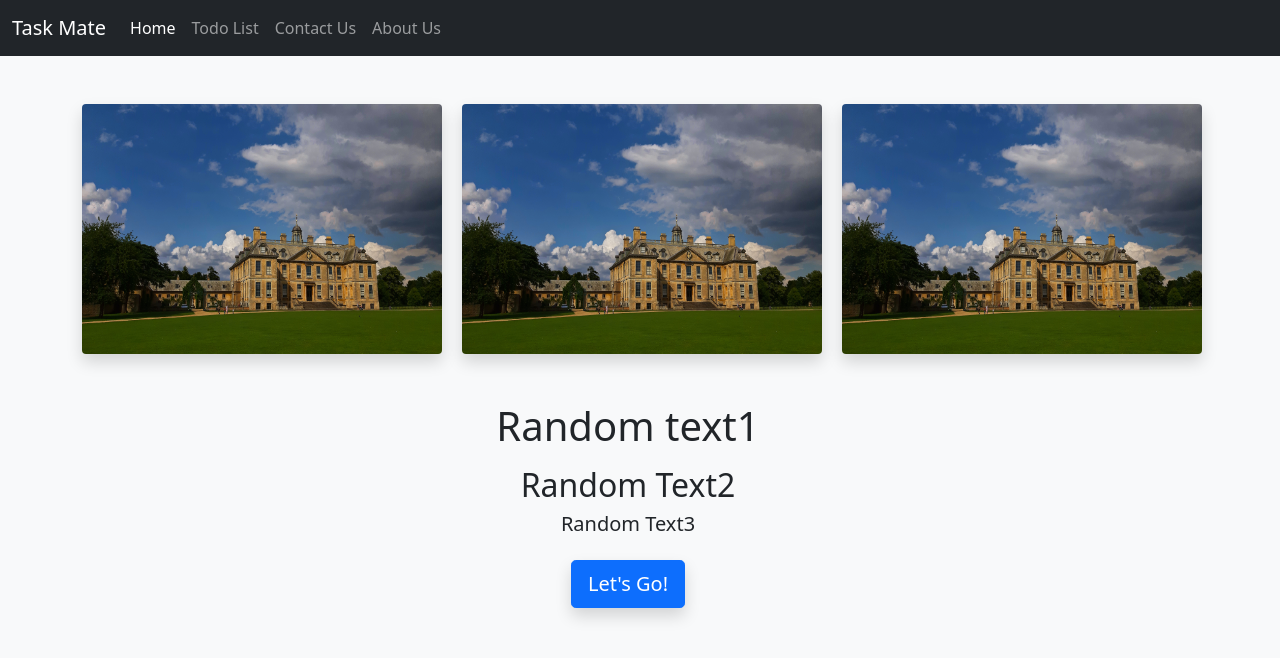
Repository: itathagata/Registration_System
Page: http://localhost/
The author's editor kept a copy of each file at every save. The page is drawn from the files as they stood at one save, then again after the next save.
The browser window is 1280 px wide. The pictures show the whole page.
The page is served by the project's application, run on Django 2.2 (manage.py). Other server files are loaded and not shown.

Above is the page before, as saved 2021-06-05 12:25:26.

### todolist_app/views.py
from django.http.response import HttpResponse
from django.shortcuts import redirect, render
from django.http import HttpResponse
from todolist_app.models import TaskList
from todolist_app.forms import TaskForm
from django.contrib import messages
from django.core.paginator import Paginator
# Create your views here.
context = {'welcome':"Welcome to Todo List Page.",
    'contact_text':"Welcome to Todo List Contact Page.",
    'about_text':"Welcome to Todo List About Page.",
    'index_text':"Welcome to Todo List Index Page.",}
def todolist(request):
    if request.method == "POST":
        form = TaskForm(request.POST or None)
        if form.is_valid():
            form.save()
        messages.success(request,("New Student Added!"))
        return redirect('todolist')
    else:
        all_tasks = TaskList.objects.all()
        paginator = Paginator(all_tasks, 5)
        page = request.GET.get('pg')
        all_tasks = paginator.get_page(page)
        return render(request, 'todolist.html',{'all_tasks':all_tasks})



def complete_task(request,task_id):
    task = TaskList.objects.get(pk=task_id)
    task.Attendance = True
    task.save()
    return redirect('todolist')


def pending_task(request,task_id):
    task = TaskList.objects.get(pk=task_id)
    task.Attendance = False
    task.save()
    return redirect('todolist')

def delete_task(request,task_id):
    task = TaskList.objects.get(pk=task_id)
    task.delete()
    return redirect('todolist')




def edit_task(request,task_id):
    if request.method == "POST":
        task = TaskList.objects.get(pk=task_id)
        form = TaskForm(request.POST or None,instance=task)
        if form.is_valid():
            form.save()
        messages.success(request,("Edited!"))
        return redirect('todolist')
    else:
        task_obj = TaskList.objects.get(pk=task_id)
        return render(request, 'edit.html',{'task_obj':task_obj})


def contact(request):
    return render(request, 'contact.html',context)
def about(request):
    return render(request, 'about.html',context)

def index(request):
    return render(request, 'index.html',context)

### todolist_app/templates/index.html
{% extends 'base.html' %}
{% load static %}
{% block title %}
<title>Welcome</title>
{% endblock title %}

{% block content %}
    <div class="container">
        <div class="row mt-5">
            <div class="col-lg-4">
                <img src="{% static 'images/background.jpg'%}" class="rounded-lg shadow rounded" alt="Background" width="360"height="250">
            </div>
            <div class="col-lg-4">
                <img src="{% static 'images/background.jpg'%}" class="rounded-lg shadow rounded" alt="Background" width="360"height="250">
            </div>
            <div class="col-lg-4">
                <img src="{% static 'images/background.jpg'%}" class="rounded-lg shadow rounded" alt="Background" width="360"height="250">
            </div>
            <div class="row mt-5">
                <div class="col-md-10 offset-md-1">
                    <center><p class="h1">Random text1</p></center>
                    <center><p class="h2 mt-3">Random Text2</p></center>
                    <center><p class="h5 mt-1">Random Text3</p></center>
                    <center><a href="{% url 'todolist'%}"><button type="button" class="btn btn-primary btn-lg mt-3 shadow">Let's Go!</button></a></center>
                </div>
            </div>

        </div>
{% endblock content %}

### templates/base.html
<!doctype html>
<html lang="en">
  <head>
    <!-- Required meta tags -->
    <meta charset="utf-8">
    <meta name="viewport" content="width=device-width, initial-scale=1">

    <!-- Bootstrap CSS -->
    <link href="https://cdn.jsdelivr.net/npm/bootstrap@5.0.1/dist/css/bootstrap.min.css" rel="stylesheet" integrity="sha384-+0n0xVW2eSR5OomGNYDnhzAbDsOXxcvSN1TPprVMTNDbiYZCxYbOOl7+AMvyTG2x" crossorigin="anonymous">

    {% block title %}{% endblock title %}
    <nav class="navbar navbar-expand-lg navbar-dark bg-dark">
  <div class="container-fluid">
    <a class="navbar-brand" href="{% url 'index'%}">Task Mate</a>
    <button class="navbar-toggler" type="button" data-bs-toggle="collapse" data-bs-target="#navbarNavAltMarkup" aria-controls="navbarNavAltMarkup" aria-expanded="false" aria-label="Toggle navigation">
      <span class="navbar-toggler-icon"></span>
    </button>
    <div class="collapse navbar-collapse" id="navbarNavAltMarkup">
      <div class="navbar-nav">
        <a class="nav-link active" aria-current="page" href="{% url 'index'%}">Home</a>
        <a class="nav-link" href="{% url 'todolist'%}">Todo List</a>
        <a class="nav-link" href="{% url 'contact'%}">Contact Us</a>
        <a class="nav-link" href="{% url 'about'%}">About Us</a>
      </div>
    </div>
  </div>
</nav>
  </head>
  <body class="bg-light">
  {% block content %}{% endblock content %}
    <script src="https://cdn.jsdelivr.net/npm/bootstrap@5.0.1/dist/js/bootstrap.bundle.min.js" integrity="sha384-gtEjrD/SeCtmISkJkNUaaKMoLD0//ElJ19smozuHV6z3Iehds+3Ulb9Bn9Plx0x4" crossorigin="anonymous"></script>
  </body>
</html>

### taskmate/urls.py

from django.contrib import admin
from django.urls import path, include
from todolist_app import views as todolist_views
urlpatterns = [
    path('admin/', admin.site.urls),
    path('', todolist_views.index, name='index'),
    path('todolist', include('todolist_app.urls')),
    path('contact', todolist_views.contact, name='contact'),
    path('about-us', todolist_views.about, name='about'),
]

### todolist_app/urls.py
from todolist_app import views
from django.urls import path
urlpatterns = [
    path('/', views.todolist, name='todolist'),
    path('/delete/<task_id>', views.delete_task, name='delete_task'),
    path('/edit/<task_id>', views.edit_task, name='edit_task'),
    path('/complete/<task_id>', views.complete_task, name='complete_task'),
    path('/pending/<task_id>', views.pending_task, name='pending_task'),


]

After the next save:
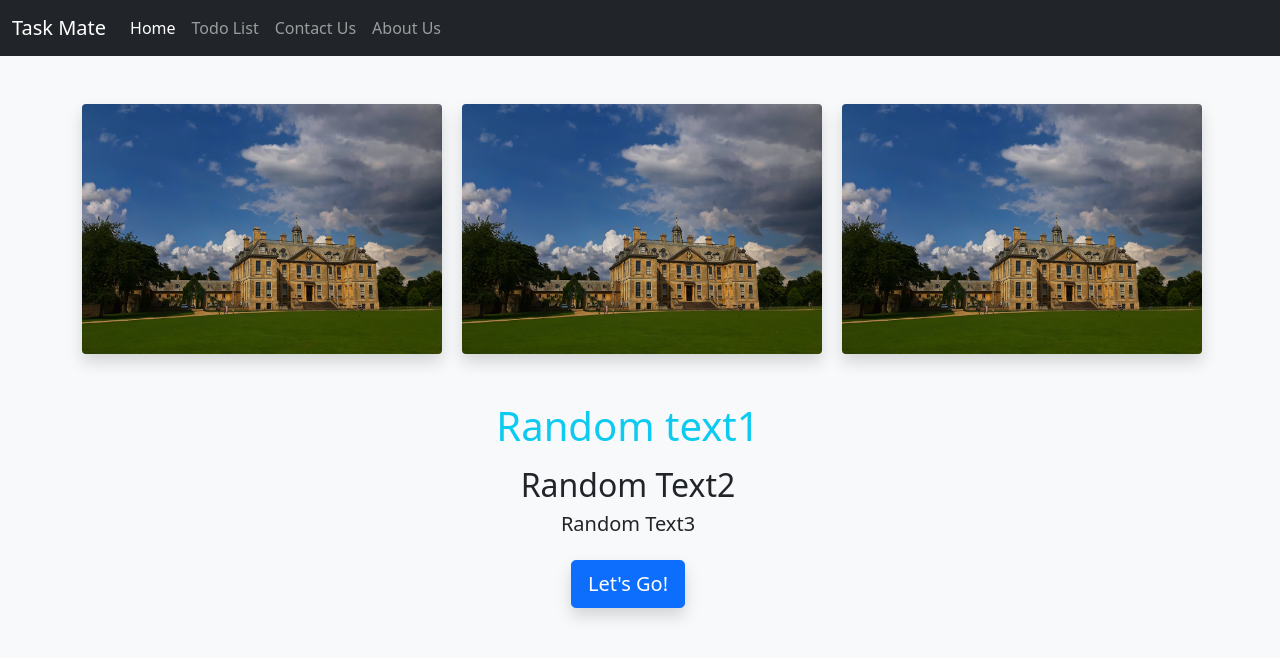
Saved 73 s later.
--- a/todolist_app/templates/index.html
+++ b/todolist_app/templates/index.html
@@ -18,7 +18,7 @@
             </div>
             <div class="row mt-5">
                 <div class="col-md-10 offset-md-1">
-                    <center><p class="h1">Random text1</p></center>
+                    <center><p class="h1 text-info">Random text1</p></center>
                     <center><p class="h2 mt-3">Random Text2</p></center>
                     <center><p class="h5 mt-1">Random Text3</p></center>
                     <center><a href="{% url 'todolist'%}"><button type="button" class="btn btn-primary btn-lg mt-3 shadow">Let's Go!</button></a></center>
